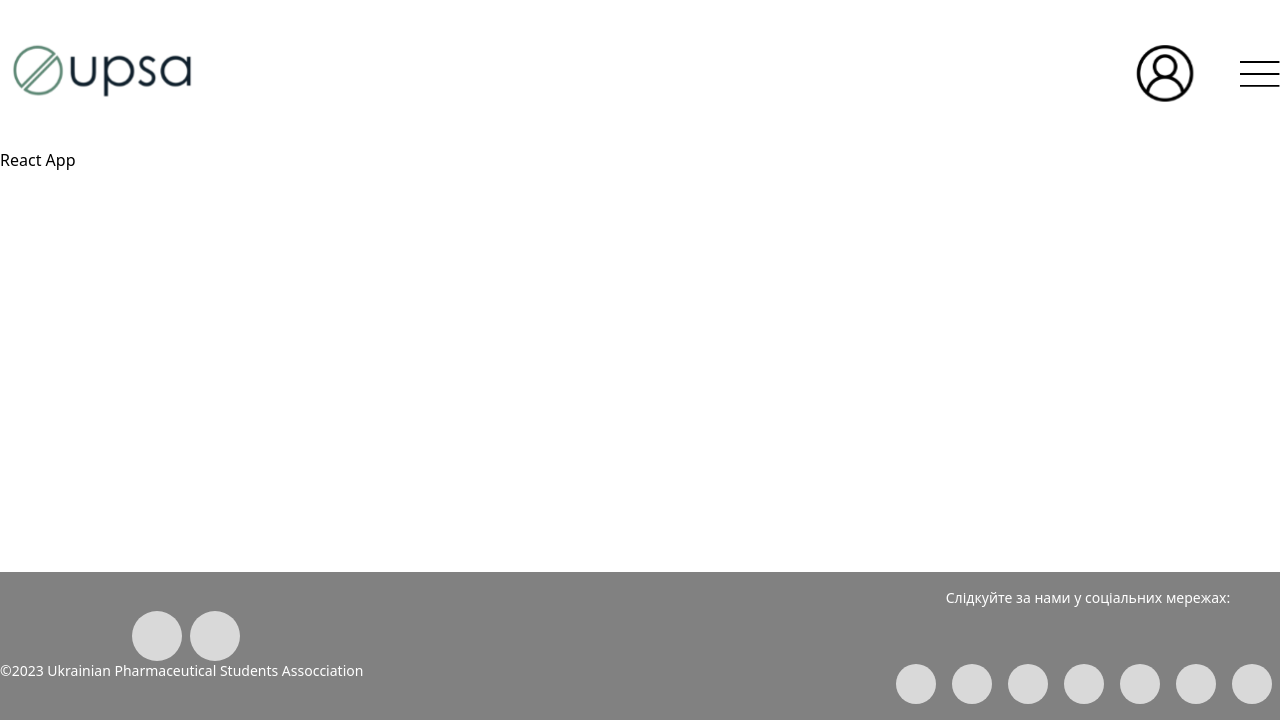
Repository: Alina-Khmilevska/UPSA-React
Page: /
These files come from the project's save history. The page is drawn as it stood at one moment and after the next save; the edit follows.
The browser window is 1280 px wide. The pictures show the whole page.
The project was rebuilt for these pictures with package versions that can differ from the ones it lists, and the page was loaded fresh each time. Also part of the build but not shown: src/components/header/menu/burgermenu/Menu.css.

Above is the page before, as saved 2023-09-26 16:34:04.

After the next save:
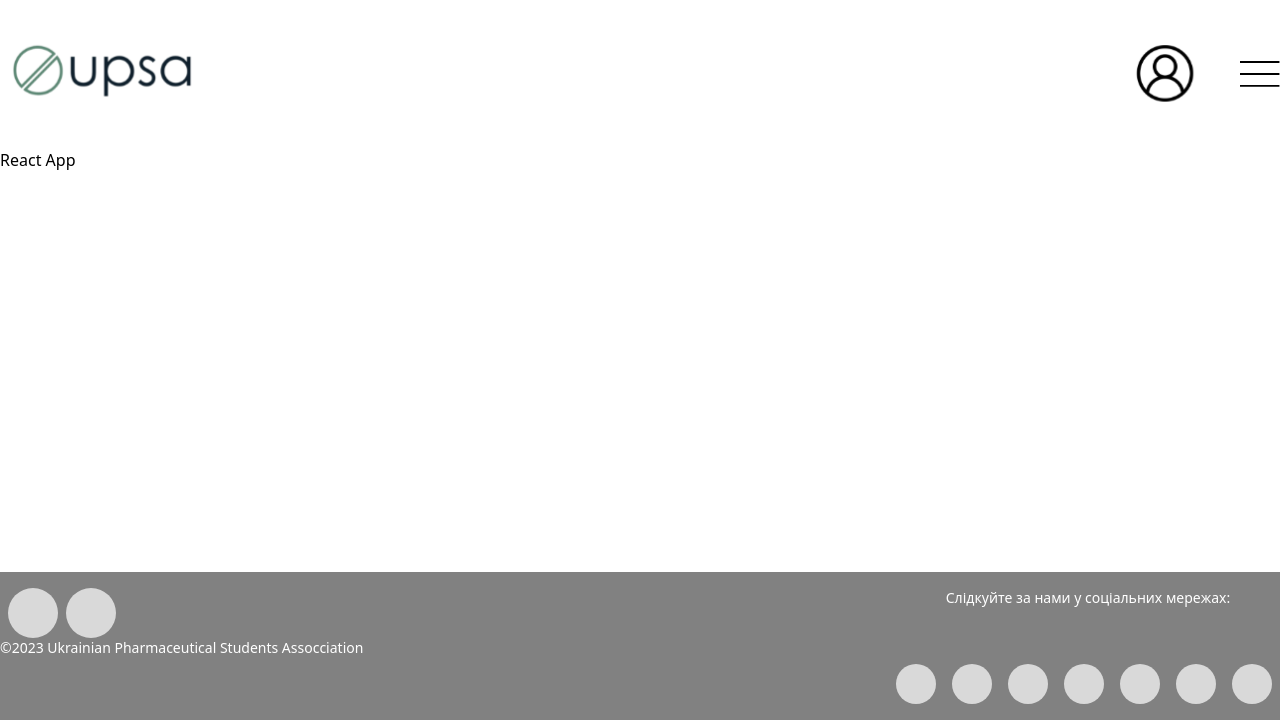
Saved 34 s later.
--- a/src/components/footer/Footer.jsx
+++ b/src/components/footer/Footer.jsx
@@ -6,10 +6,10 @@
     return (
         <footer className="upsa-bg-grey text-white py-4">
             <div className="flex flex-row justify-between">
-                <div className="flex flex-col justify-center items-center">
+                <div className="flex flex-col justify-start">
                     <LanguageIcons />
 
-                    <p className="text-center text-sm">
+                    <p className="text-sm">
                         &copy;{new Date().getFullYear()} Ukrainian Pharmaceutical Students Assocciation
                     </p>
                 </div>
